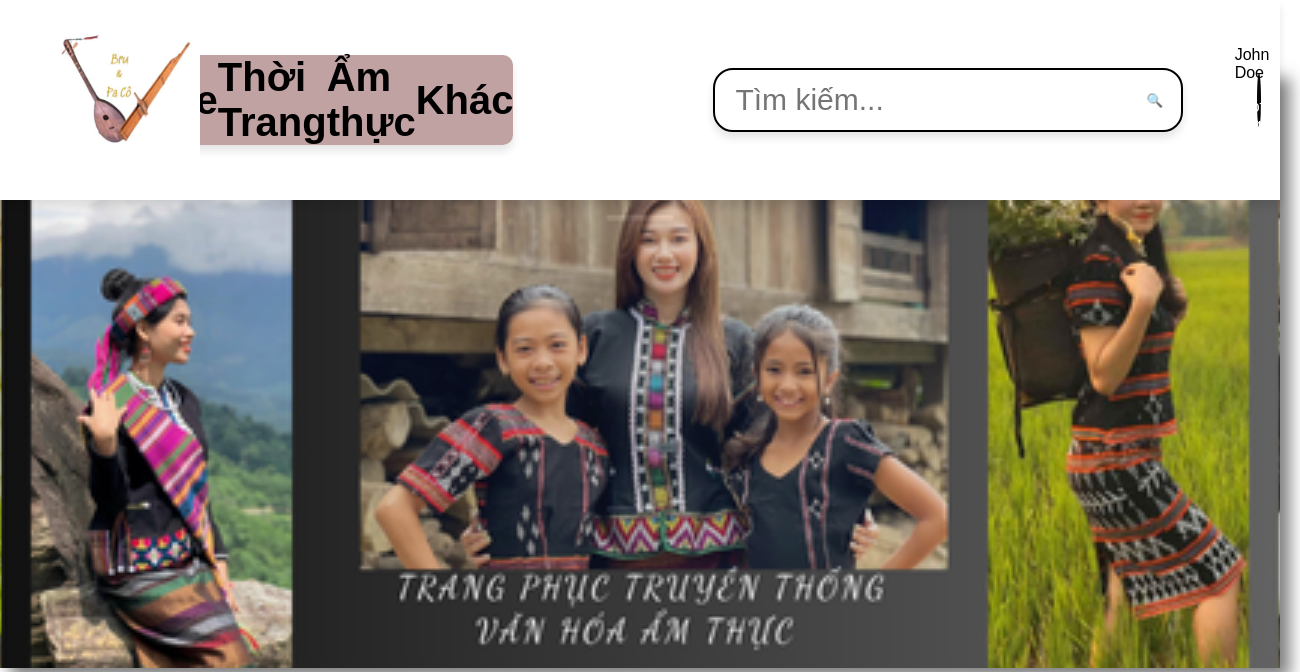
Repository: DangVai/LocalProduct
Page: Views/frontend/test.html
These files come from the project's save history. The page is drawn as it stood at one moment and after the next save; the edit follows.
The browser window is 1280 px wide. The page is 1300 px wide, so the pictures cover 1300 px, including what lies to the right of the window. The pictures show the part of the page from y = 0 to 672 px (the page is 2423 px tall before and 2405 px after).
Pictures or frames that could not be fetched are drawn as grey boxes.

Above is the page before, as saved 2024-12-20 08:42:36.
Console error: TypeError: Cannot read properties of null (reading 'children')

After the next save:
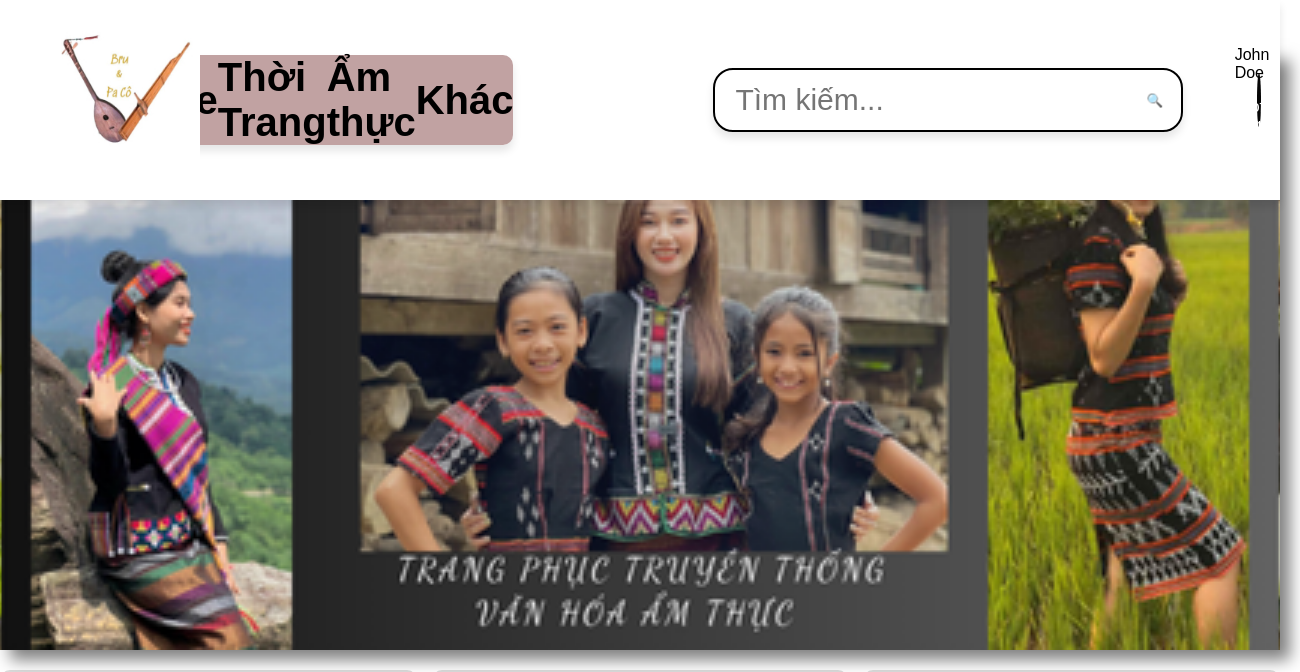
Saved 4 s later.
--- a/Views/frontend/test.html
+++ b/Views/frontend/test.html
@@ -432,7 +432,7 @@
             </div>
         </div>
 
-        iner
+
         <!-- Chữ chạy -->
         <div class=" text-run ">
             <span>Chào mừng bạn đến với cửa hàng thời trang Vân Kiều và Pa Cô! Khám phá các sản phẩm đặc sắc ngay hôm nay!</span>
